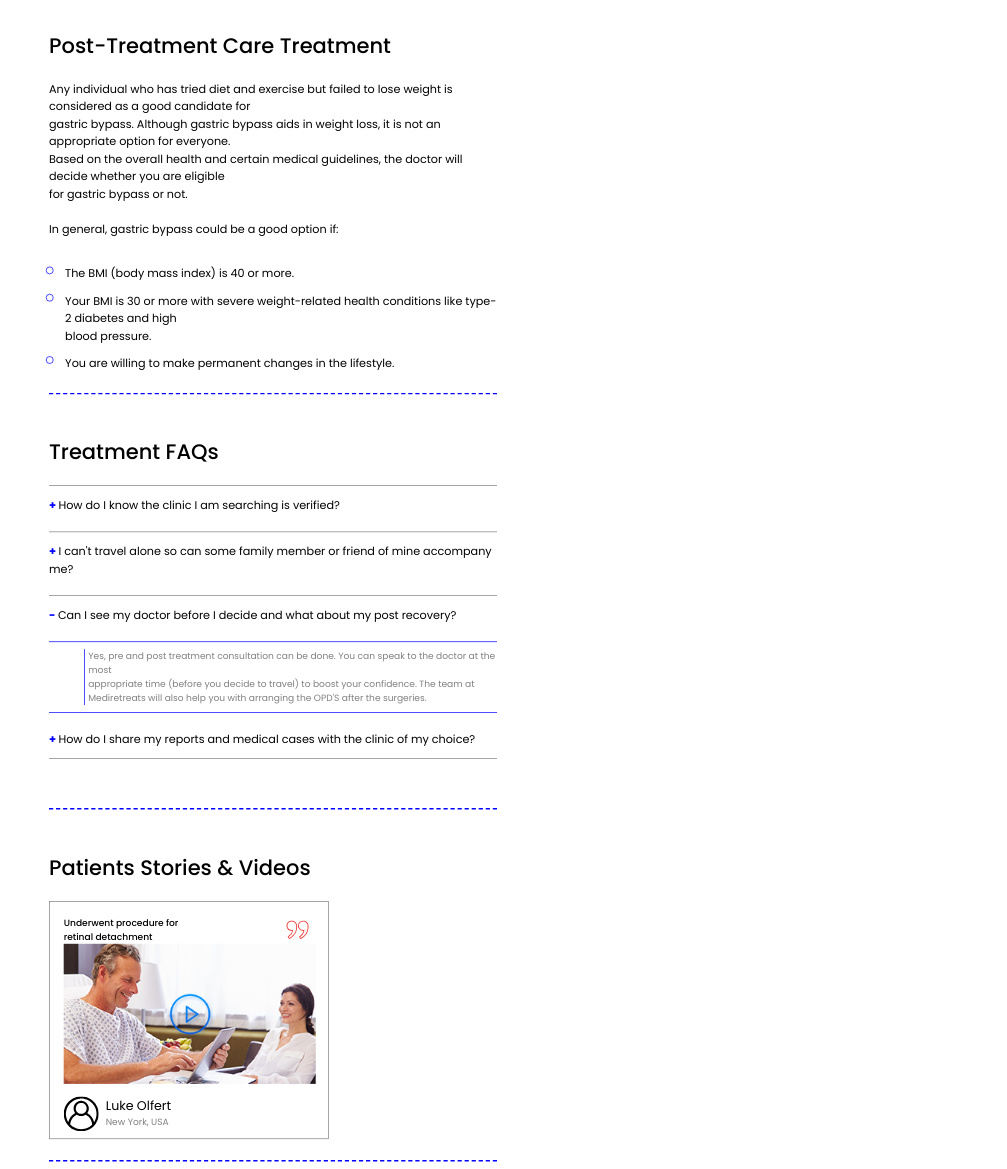
Repository: hetuk2005/webDevelopment
Page: Projects/Aafiya.html
An editor plug-in stored every save of this project. The page is shown before and after the next save, followed by the edit.
The browser window is 1280 px wide. The page is 1438 px wide, so the pictures cover 1438 px, including what lies to the right of the window. The pictures show the part of the page from y = 3595 to 5315 px (the page is 5265 px tall before and 5315 px after), at 70% of full size.
Some web fonts or font styles are not loaded; a fallback is used.

Above is the page before, as saved 2025-04-08 19:36:32.

After the next save:
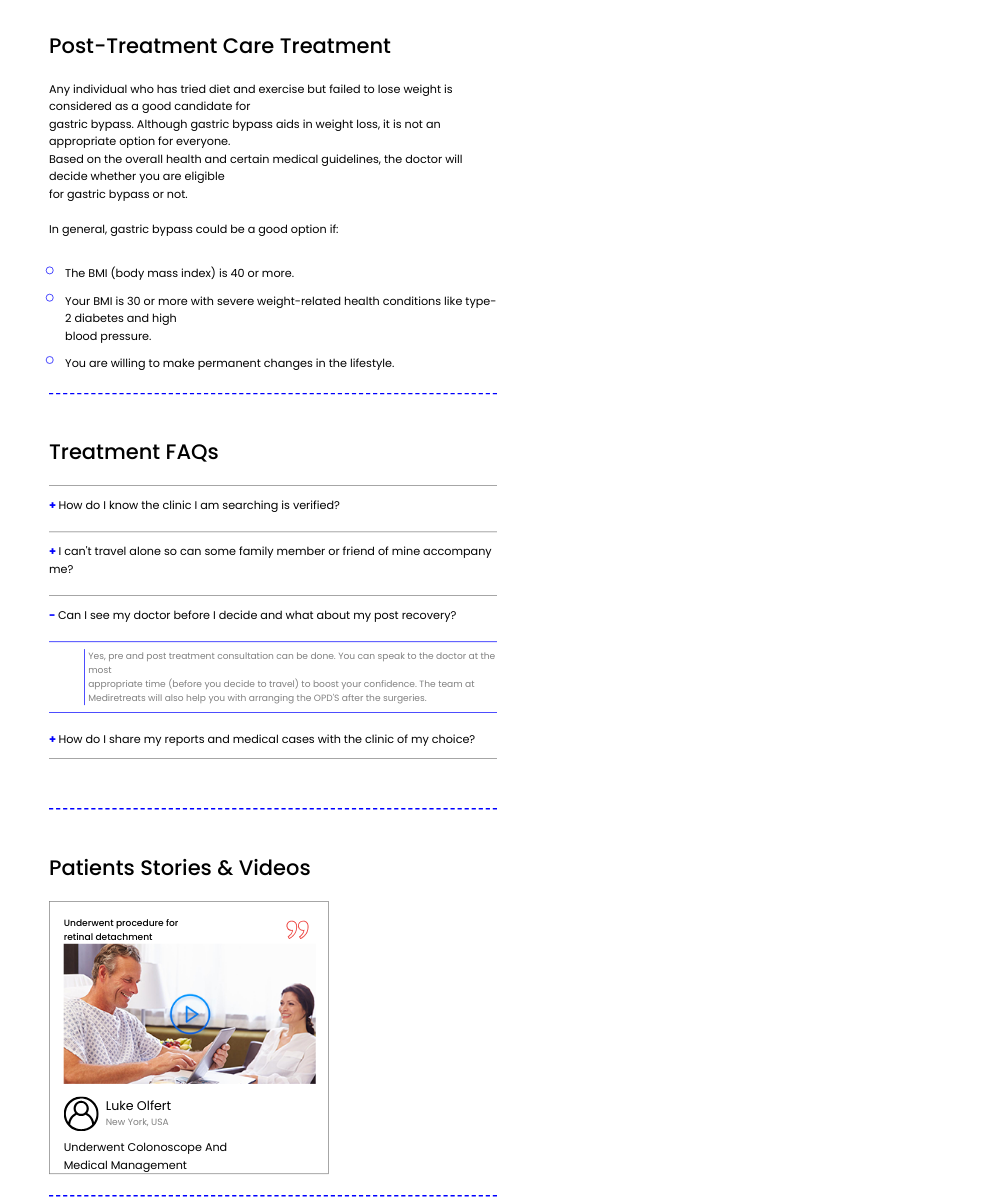
Saved 5 min 40 s later.
--- a/Projects/Aafiya.html
+++ b/Projects/Aafiya.html
@@ -267,6 +267,13 @@
                     <p>New York, USA</p>
                 </div>
             </div>
+            <div class="text2">
+                <p class="stories_text">
+                    Underwent Colonoscope And<br> Medical Management
+                </p>
+            </div>
+            <div></div>
+            <div></div>
         </div>
     </div>
 </body>
